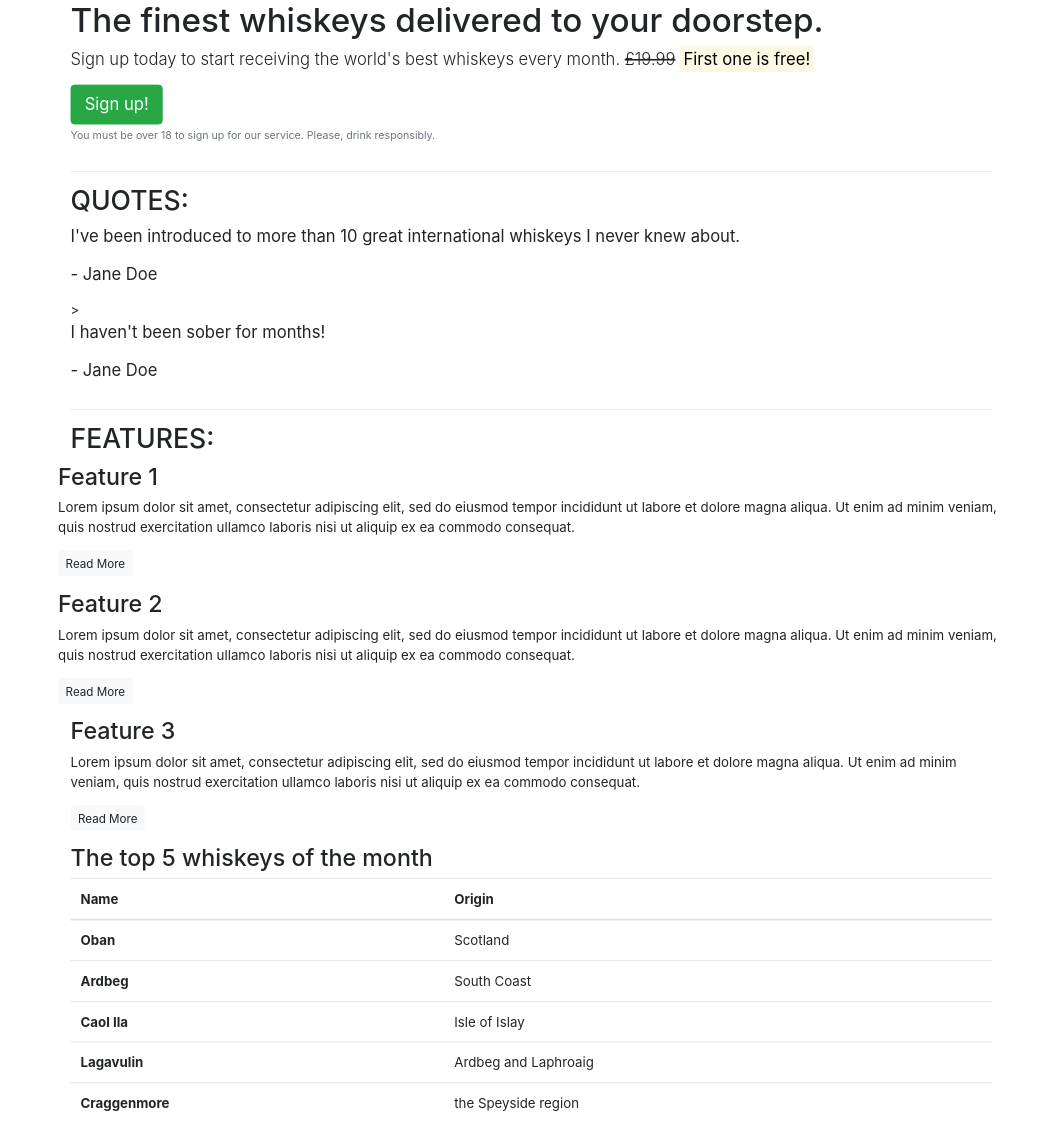
Repository: hidayatmansuri/BootStrap
Page: index.html
The author's editor kept a record of every edit. The page is drawn from the files as they stood at one moment, then again after the next edit.
The browser window is 1280 px wide. The pictures show the whole page, at 83% of full size.

Above is the page before.

After the next edit:
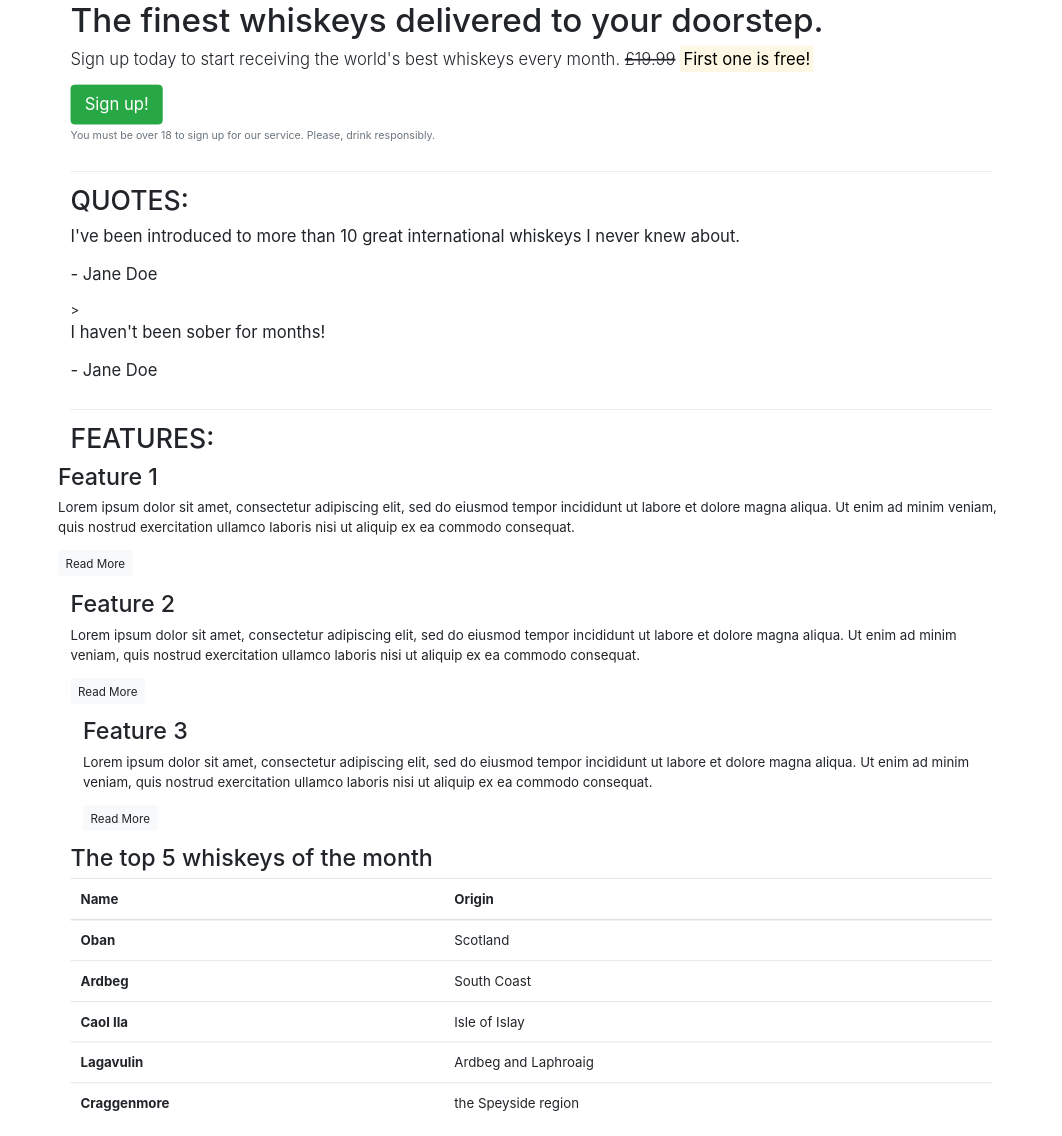
The edit:
--- a/index.html
+++ b/index.html
@@ -60,22 +60,25 @@
             </div>
             <div class="row">
                 <div class="col-12"></div>
-                <div class="feature">
-                    <h3>Feature 1</h3>
-                    <p>Lorem ipsum dolor sit amet, consectetur adipiscing elit, sed do eiusmod tempor incididunt ut labore et dolore magna aliqua. Ut enim ad minim veniam, quis nostrud exercitation ullamco laboris nisi ut aliquip ex ea commodo consequat.</p>
-                    <p><a class ="btn btn-sm btn-light">Read More</a></p>
+                    <div class="feature">
+                        <h3>Feature 1</h3>
+                        <p>Lorem ipsum dolor sit amet, consectetur adipiscing elit, sed do eiusmod tempor incididunt ut labore et dolore magna aliqua. Ut enim ad minim veniam, quis nostrud exercitation ullamco laboris nisi ut aliquip ex ea commodo consequat.</p>
+                        <p><a class ="btn btn-sm btn-light">Read More</a></p>
+                    </div>
                 </div>
                 <div class="col-12"></div>
-                <div class="feature">
-                    <h3>Feature 2</h3>
-                    <p>Lorem ipsum dolor sit amet, consectetur adipiscing elit, sed do eiusmod tempor incididunt ut labore et dolore magna aliqua. Ut enim ad minim veniam, quis nostrud exercitation ullamco laboris nisi ut aliquip ex ea commodo consequat.</p>
-                    <p><a class ="btn btn-sm btn-light">Read More</a></p>
+                    <div class="feature">
+                        <h3>Feature 2</h3>
+                        <p>Lorem ipsum dolor sit amet, consectetur adipiscing elit, sed do eiusmod tempor incididunt ut labore et dolore magna aliqua. Ut enim ad minim veniam, quis nostrud exercitation ullamco laboris nisi ut aliquip ex ea commodo consequat.</p>
+                        <p><a class ="btn btn-sm btn-light">Read More</a></p>
+                    </div>
                 </div>
                 <div class="col-12">
-                <div class="feature">
-                    <h3>Feature 3</h3>
-                    <p>Lorem ipsum dolor sit amet, consectetur adipiscing elit, sed do eiusmod tempor incididunt ut labore et dolore magna aliqua. Ut enim ad minim veniam, quis nostrud exercitation ullamco laboris nisi ut aliquip ex ea commodo consequat.</p>
-                    <p><a class ="btn btn-sm btn-light">Read More</a></p>
+                    <div class="feature">
+                        <h3>Feature 3</h3>
+                        <p>Lorem ipsum dolor sit amet, consectetur adipiscing elit, sed do eiusmod tempor incididunt ut labore et dolore magna aliqua. Ut enim ad minim veniam, quis nostrud exercitation ullamco laboris nisi ut aliquip ex ea commodo consequat.</p>
+                        <p><a class ="btn btn-sm btn-light">Read More</a></p>
+                    </div>
                 </div>
             </div>
         </section>
